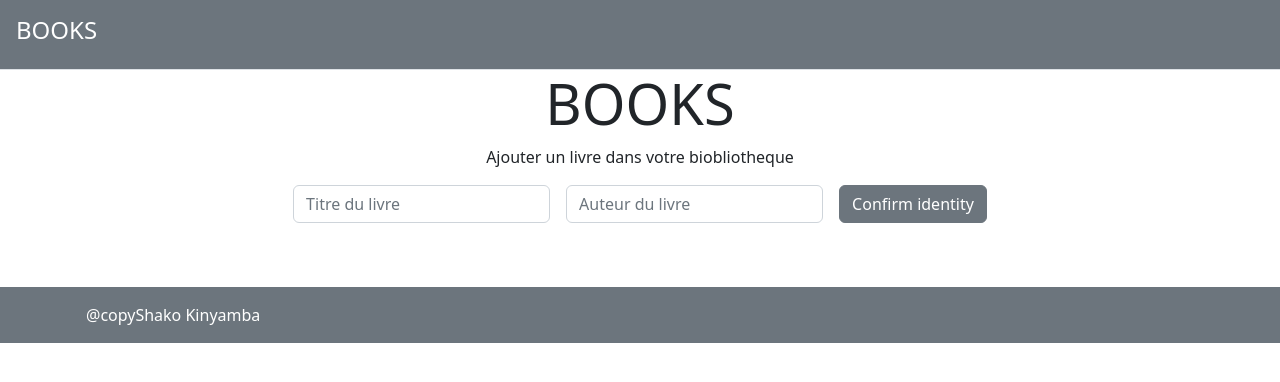
Repository: SKB-TECH/Books
Page: /
An editor plug-in stored every save of this project. The page is shown before and after a run of saves, followed by the edit.
The browser window is 1280 px wide. The pictures show the whole page.
The project was rebuilt for these pictures with package versions that can differ from the ones it lists, and the page was loaded fresh each time. Also part of the build but not shown: vite.config.js.

Above is the page before, as saved 2022-11-09 16:00:20.

After the next 2 saves:
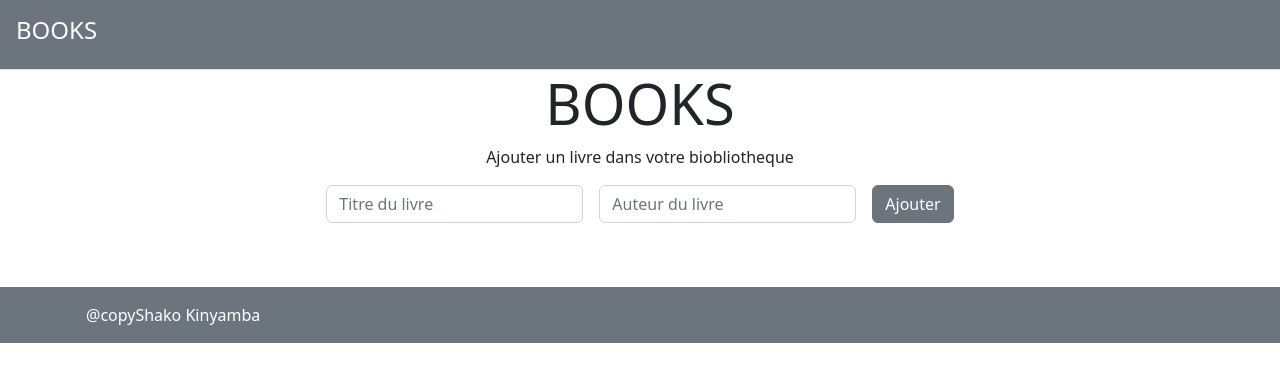
The 2 saves are shown as one change because they came seconds apart.
The last was saved 16 s later.
--- a/src/Containers/AddBooks.jsx
+++ b/src/Containers/AddBooks.jsx
@@ -20,7 +20,7 @@ const AddBooks = () => {
                             <input type="password" className="form-control" id="inputPassword2" placeholder="Auteur du livre" />
                         </div>
                         <div class="col-auto">
-                            <button type="submit" className="btn btn-secondary mb-3">Confirm identity</button>
+                            <button type="submit" className="btn btn-secondary mb-3">Ajouter</button>
                         </div>
                     </form>
                 </div>
